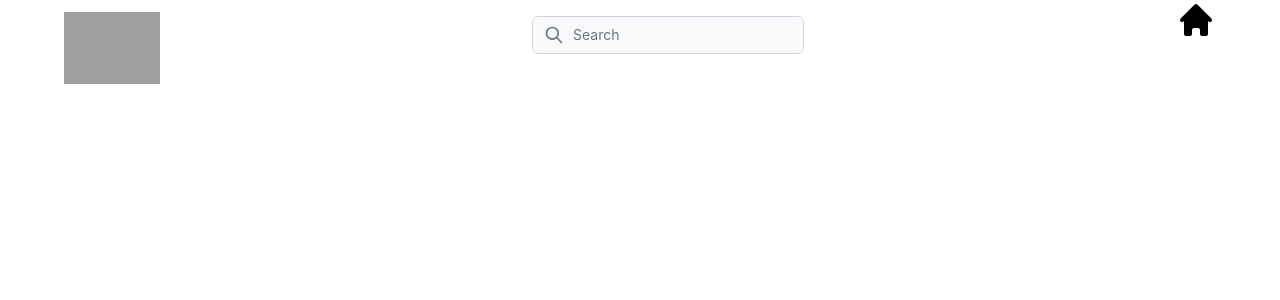
Repository: SehajBindra/insta--clone
Page: /
An editor plug-in stored every save of this project. The page is shown before and after the next save, followed by the edit.
The browser window is 1280 px wide. The pictures show the whole page.
Pictures or frames that could not be fetched are drawn as grey boxes. The project was rebuilt for these pictures with package versions that can differ from the ones it lists, and the page was loaded fresh each time. The framework's server and built-in components were replaced by stand-ins that run in the browser. Also part of the build but not shown: next.config.js.

Above is the page before, as saved 2022-04-11 01:51:50.

### pages/index.js
import Head from 'next/head'
import Image from 'next/image'
import Header from '../components/Header'
import styles from '../styles/Home.module.css'

export default function Home() {
  return (
    <div className={styles.container}>
      <Head>
        <title>Instagram</title>
        <meta name="description" content="Generated by create next app" />
        <link rel="icon" href="https://upload.wikimedia.org/wikipedia/commons/thumb/a/a5/Instagram_icon.png/600px-Instagram_icon.png" />

      </Head>
      <Header />

    </div>
  )
}

### components/Header.js
import React from "react";
import Image from "next/image";
import {
    SearchIcon,
    PlusCircleIcon,
    UserGroupIcon,
    HeartIcon,
    PaperAirplaneIcon,
    MenuIcon
} from "@heroicons/react/outline"
import {HomeIcon } from "@heroicons/react/solid";

function Header() {
  return (
    <div>
      <div className="flex justify-between max-w-6xl mx-5 xl:mx-auto ">
        <div className="relative hidden lg:inline-grid w-24 h-24">
          <Image
            src="https://links.papareact.com/ocw"
            layout="fill"
            objectFit="contain"
          />
        </div>

        <div className=" relative w-10  lg:hidden flex-shrink-0 cursor-pointer">
          <Image
            src="https://links.papareact.com/jjm"
            layout="fill"
            objectFit="contain"
          />
        </div>

        {/* Middle Search Input Field */}
        <div className=" max-w-xs">
        <div className=" relative mt-1 p-3 rounded-md ">
            <div className=" absolute inset-y-3  pl-3 flex items-center pointer-events-none ">
             <SearchIcon  className="h-5  w-5 text-gray-500" />
            </div>
            <input className="bg-gray-50 block w-full pl-10 sm:text-sm border-gray-300  focus:ring-black  focus:border-black rounded-md" type="text" placeholder="Search" />

        </div>
        </div>
       {/* Right side */}
       <div>
       <HomeIcon className=" h-10 w-10" />
       </div>
      </div>
    </div>
  );
}

export default Header;

### tailwind.config.js
module.exports = {
  content: ["./pages/**/*.{js,ts,jsx,tsx}",
  "./components/**/*.{js,ts,jsx,tsx}",],
  theme: {
    extend: {},
  },
  plugins: [require("@tailwindcss/forms")],
}

Loaded but not shown: pages/_app.js (common file); styles/globals.css (common file); styles/Home.module.css (common file)

After the next save:
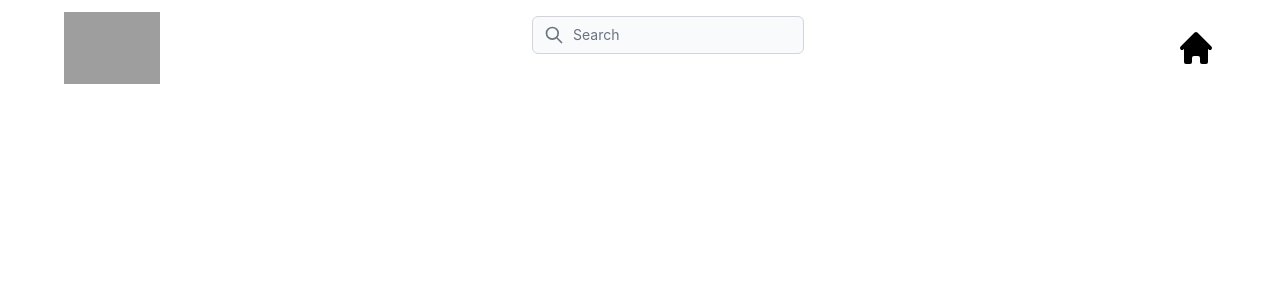
Saved 74 s later.
--- a/components/Header.js
+++ b/components/Header.js
@@ -41,7 +41,7 @@
         </div>
         </div>
        {/* Right side */}
-       <div>
+       <div className="flex items-center ">
        <HomeIcon className=" h-10 w-10" />
        </div>
       </div>
